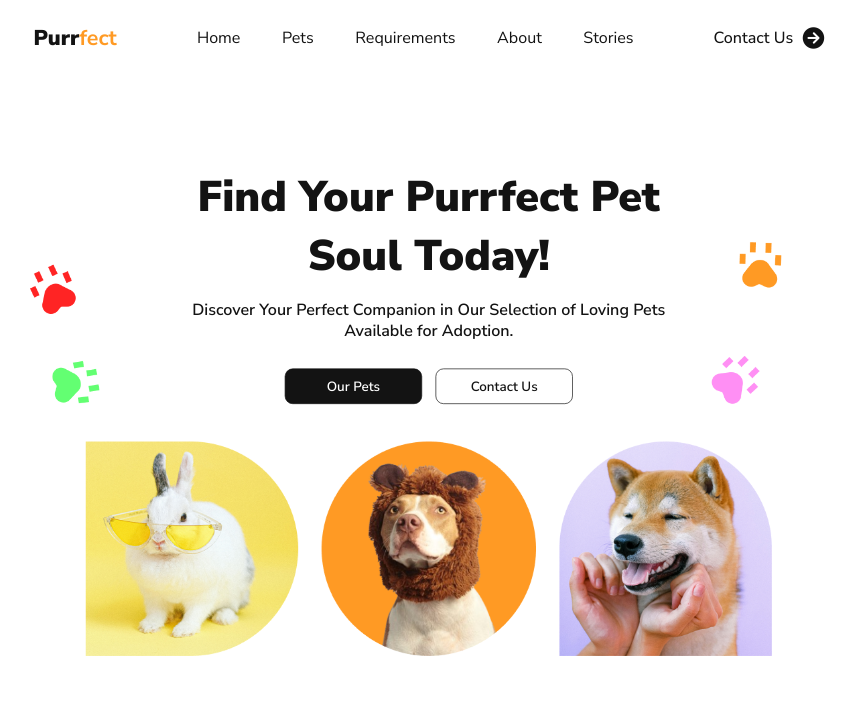
Repository: prashidika/purrfect-pet-adoption
Page: index.html
An editor plug-in stored every save of this project. The page is shown before and after the next save, followed by the edit.
The browser window is 1280 px wide. The pictures show the whole page, at 67% of full size.
Some web libraries are served in a nearby version.

Above is the page before, as saved 2025-08-25 01:30:02.

After the next save:
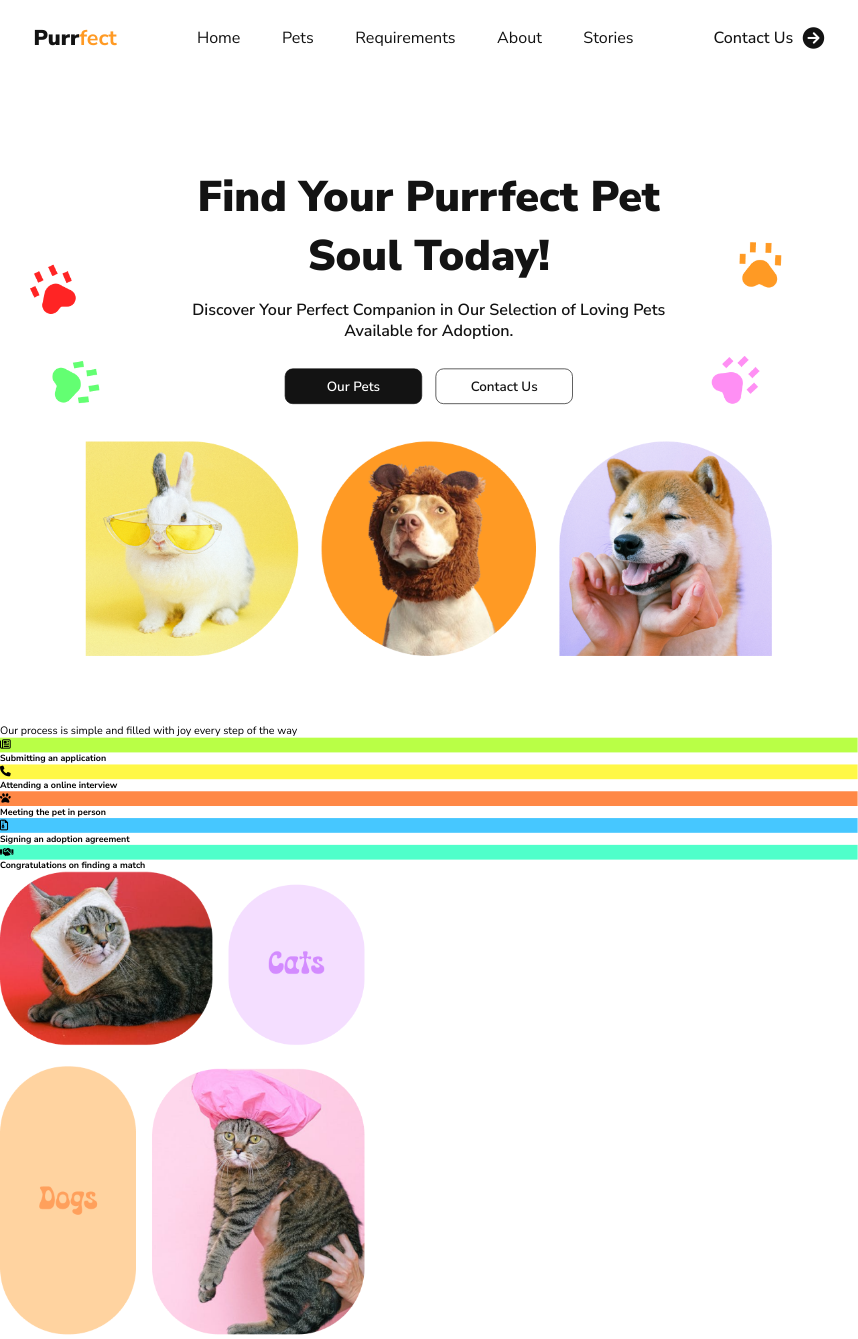
Saved 6 h 45 min later.
--- a/index.html
+++ b/index.html
@@ -86,6 +86,54 @@
 
 <!-- Hero Page Section End -->
 
+<section class="about" id="about">
+    <div class="requirements-headlines">
+        <p>Our process is simple and filled with joy every step of the way</p>
+
+        <div class="r-item-container">
+            <!-- r item 1 -->
+            <div class="r-item">
+                <div class="r-logo" style="background-color: #b9ff46">
+                    <i class="fa-regular fa-newspaper"></i>
+                </div>
+                <h5>Submitting an application</h5>
+            </div>
+            <!-- r item 2 -->
+            <div class="r-item">
+                <div class="r-logo" style="background-color: #fff846">
+                    <i class="fa-solid fa-phone"></i>
+                </div>
+                <h5>Attending a online interview</h5>
+            </div>
+
+            <!-- r item 3 -->
+            <div class="r-item">
+                <div class="r-logo" style="background-color: #ff8846">
+                    <i class="fa-solid fa-paw"></i>
+                </div>
+                <h5>Meeting the pet in person</h5>
+            </div>
+
+            <!-- r item 4 -->
+            <div class="r-item">
+                <div class="r-logo" style="background-color: #46c7ff">
+                    <i class="fa-regular fa-file-zipper"></i>
+                </div>
+                <h5>Signing an adoption agreement</h5>
+            </div>
+
+            <!-- r item 5 -->
+            <div class="r-item">
+                <div class="r-logo" style="background-color: #4fffca">
+                    <i class="fa-solid fa-handshake"></i>
+                </div>
+                <h5>Congratulations on finding a match</h5>
+            </div>
+        </div>
+    </div>
+    <img src="img/requirements-img.png" alt="img" />
+</section>
+
 </body>
 
 </html>
